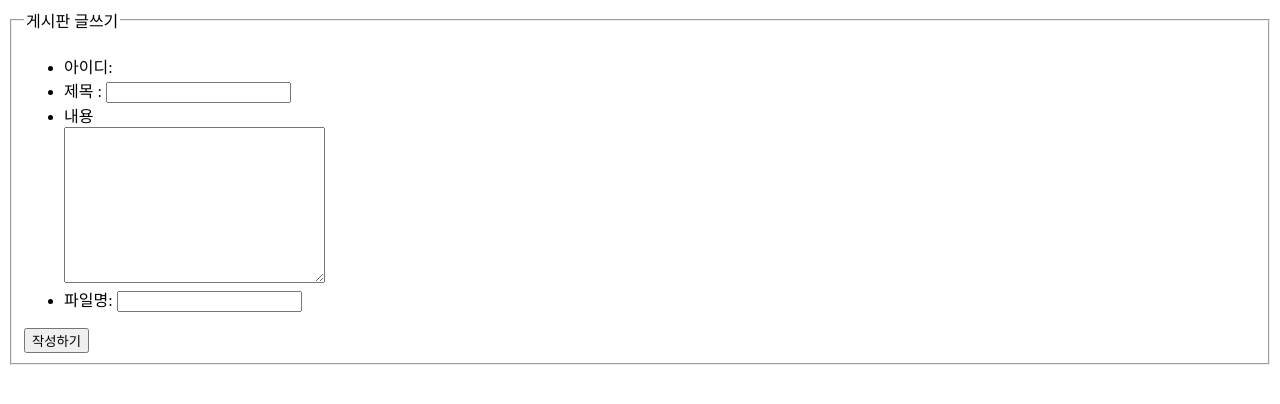
Repository: khy4701/JavaServerPage-Servlet
Page: http://localhost/07.BoardProejct/WriteForm.jsp
The author's editor kept a copy of each file at every save. The page is drawn from the files as they stood at one save, then again after the next save.
The browser window is 1280 px wide. The pictures show the whole page.
The page is served by Tomcat 9.

Above is the page before, as saved 2016-07-26 01:50:17.

After the next save:
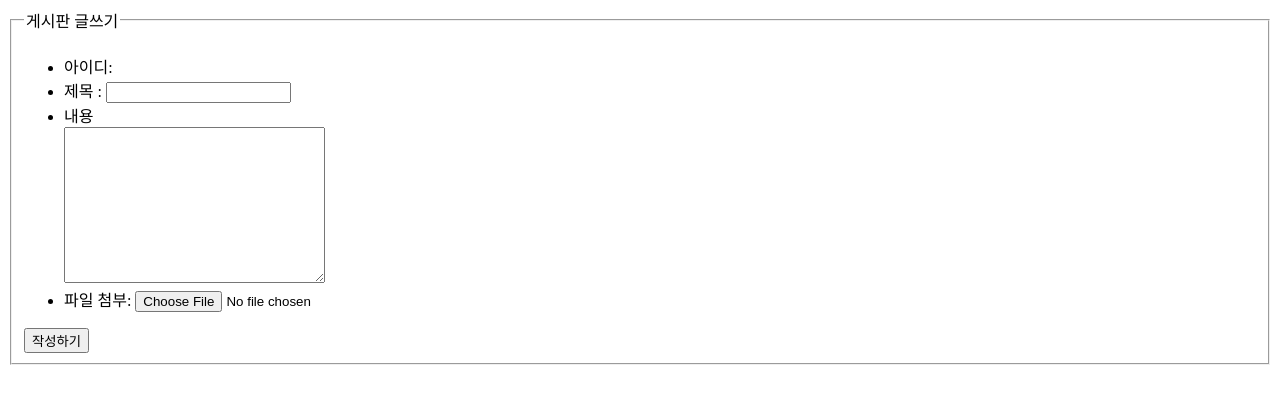
Saved 38 s later.
--- a/07.BoardProejct/WebContent/WriteForm.jsp
+++ b/07.BoardProejct/WebContent/WriteForm.jsp
@@ -8,6 +8,11 @@
 </head>
 <body>
 
+<!-- 인코딩을 시키지 않는 방법 :  enctype="multipart/form-data"  -->
+<!-- 인코딩을 시키지 않는 이유 : 파일을 업로드 할 경우에는 인코딩을 해서는 안된다. -->
+<!-- 인코딩을 시키지 않으면 request.getParameter()를 사용할 수 없다.  -->
+
+
 <form action = "write.kitri" method="post" enctype="multipart/form-data">
 
 <fieldset>
@@ -16,7 +21,7 @@
 		<li> 아이디: ${ sessionScope.id } <input type="hidden" name="id" value = "${ sessionScope.id }"></li>
 		<li> 제목 : <input type="text" name="title"></li>
 		<li> 내용  <br> <textarea rows="10" cols="30" name="content"></textarea></li>
-		<li> 파일명: <input type="text" name="fileName"></li>
+		<li> 파일 첨부: <input type="file" name="fileName"></li>
 	</ul>
 	<input type ="submit" value="작성하기">
 </fieldset>
